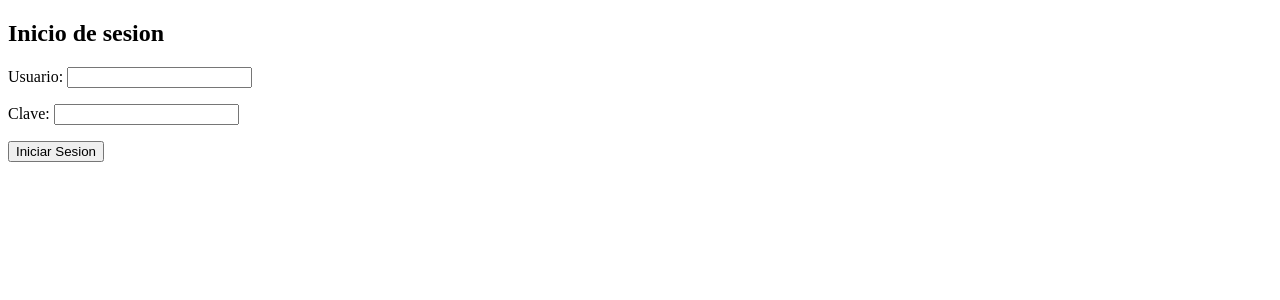
Repository: NeodarkX/Open_Source
Page: Practica1_errores/WebContent/login.html
An editor plug-in stored every save of this project. The page is shown before and after the next save, followed by the edit.
The browser window is 1280 px wide. The pictures show the whole page.

Above is the page before, as saved 2015-04-27 17:59:36.

After the next save:
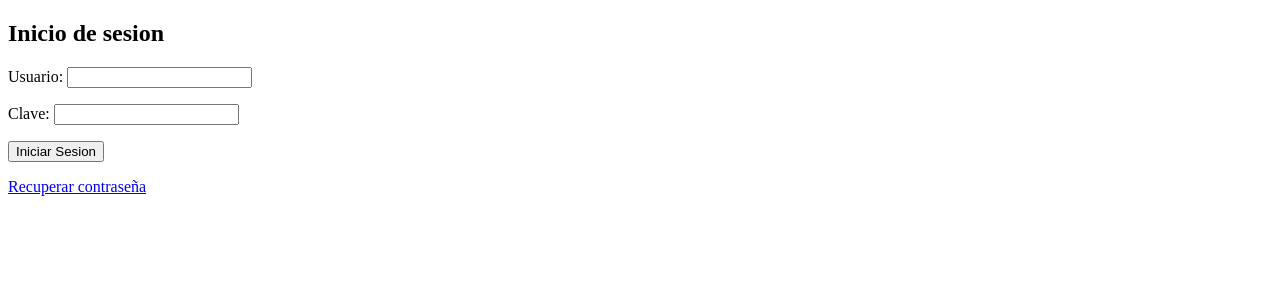
Saved 84 s later.
--- a/Practica1_errores/WebContent/login.html
+++ b/Practica1_errores/WebContent/login.html
@@ -5,10 +5,13 @@
 <title>Insert title here</title>
 </head>
 <body>
-<form action="PrimerServlet" method="post"></form>
+<form action="PrimerServlet" method="post">
 <h2>Inicio de sesion</h2>
 <p>Usuario: <input type="text" name="usuario"/></p>
 <p>Clave: <input type="text" name="clave"/></p>
 <p><input type="submit" name="" value="Iniciar Sesion"/></p>
+</form>
+<p><a href="PrimerServlet">Recuperar contraseña</a></p>
+
 </body>
 </html>
